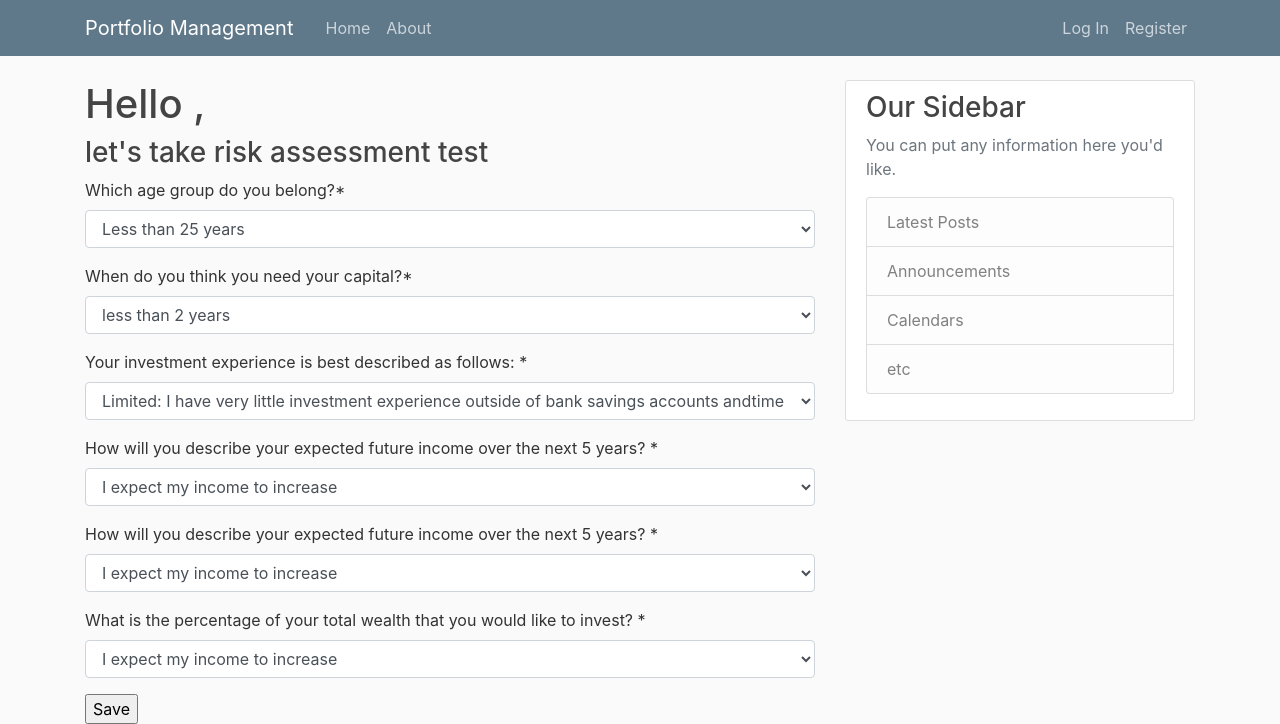
Repository: rahulsolankib/portfolio
Page: http://localhost/questions/
These files come from the project's save history. The page is drawn as it stood at one moment and after the next save; the edit follows.
The browser window is 1280 px wide. The pictures show the whole page.
The page is served by the project's application, run on Django 3.2 (manage.py). Other server files are loaded and not shown.

Above is the page before, as saved 2020-10-20 00:56:28.

### riskCalculator/templates/riskCalculator/questions.html
{% extends "startPage/base.html" %}
{% load crispy_forms_tags %}
{% crispy example_form %}


{% block content %}
    <h1>Hello {{user.username}},</h1>
    <h3>let's take risk assessment test</h3>
    <form method='POST'>
        {% csrf_token %}
        {{formRec | crispy}}

        <input type='submit' value="Save" />
    </form>

{% endblock content %}

### startPage/templates/startPage/base.html
{% load static %}
<!DOCTYPE html>
<html>
<head>
    <meta charset="utf-8">
    <meta name="viewport" content="width=device-width, initial-scale=1, shrink-to-fit=no">

    <!-- Bootstrap CSS -->
    <link rel="stylesheet" href="https://stackpath.bootstrapcdn.com/bootstrap/4.5.2/css/bootstrap.min.css" integrity="sha384-JcKb8q3iqJ61gNV9KGb8thSsNjpSL0n8PARn9HuZOnIxN0hoP+VmmDGMN5t9UJ0Z" crossorigin="anonymous">

    <link rel="stylesheet" type="text/css" href="{% static 'startPage/main.css' %}">
    {% if title %}
        <title>Django - {{title}}</title>
    {% else %}
        <title>Django</title>
    {% endif %}
</head>
<body>
    <header class="site-header">
        <nav class="navbar navbar-expand-md navbar-dark bg-steel fixed-top">
            <div class="container">
            <a class="navbar-brand mr-4" href="{% url 'Start-Page' %}">Portfolio Management</a>
            <button class="navbar-toggler" type="button" data-toggle="collapse" data-target="#navbarToggle" aria-controls="navbarToggle" aria-expanded="false" aria-label="Toggle navigation">
            <span class="navbar-toggler-icon"></span>
            </button>
            <div class="collapse navbar-collapse" id="navbarToggle">
                <div class="navbar-nav mr-auto">
                <a class="nav-item nav-link" href="{% url 'Start-Page' %}">Home</a>
                <a class="nav-item nav-link" href="{% url 'About-Page' %}">About</a>
                {% if user.is_authenticated %}
                    <a class="nav-item nav-link" href="{% url 'questions' %}">Risk-Assessment</a>
                {% endif%}
                </div>
                <!-- Navbar Right Side -->
                <div class="navbar-nav">
                {% if user.is_authenticated %}
                    <a class="nav-item nav-link" href="{% url 'profile' %}">@{{user.username}}</a>
                    <a class="nav-item nav-link" href="{% url 'logout' %}">Log Out</a>
                {% else %}
                    <a class="nav-item nav-link" href="{% url 'login' %}">Log In</a>
                    <a class="nav-item nav-link" href="{% url 'register' %}">Register</a>
                {% endif%}
                </div>
            </div>
            </div>
        </nav>
    </header>
    <main role="main" class="container">
        <div class="row">
            <div class="col-md-8">
                {% if messages %}
                    {% for message in messages%}
                        <div class="alert alert-{{message.tags}}">
                            {{message}}
                        </div>
                    {% endfor %}
                {% endif %}
                {% block content %}{% endblock %}
            </div>
            <div class="col-md-4">
            <div class="content-section">
                <h3>Our Sidebar</h3>
                <p class='text-muted'>You can put any information here you'd like.
                <ul class="list-group">
                    <li class="list-group-item list-group-item-light">Latest Posts</li>
                    <li class="list-group-item list-group-item-light">Announcements</li>
                    <li class="list-group-item list-group-item-light">Calendars</li>
                    <li class="list-group-item list-group-item-light">etc</li>
                </ul>
                </p>
            </div>
            </div>
        </div>
    </main>


    <script src="https://code.jquery.com/jquery-3.5.1.slim.min.js" integrity="sha384-DfXdz2htPH0lsSSs5nCTpuj/zy4C+OGpamoFVy38MVBnE+IbbVYUew+OrCXaRkfj" crossorigin="anonymous"></script>
    <script src="https://cdn.jsdelivr.net/npm/popper.js@1.16.1/dist/umd/popper.min.js" integrity="sha384-9/reFTGAW83EW2RDu2S0VKaIzap3H66lZH81PoYlFhbGU+6BZp6G7niu735Sk7lN" crossorigin="anonymous"></script>
    <script src="https://stackpath.bootstrapcdn.com/bootstrap/4.5.2/js/bootstrap.min.js" integrity="sha384-B4gt1jrGC7Jh4AgTPSdUtOBvfO8shuf57BaghqFfPlYxofvL8/KUEfYiJOMMV+rV" crossorigin="anonymous"></script>
</body>
</html>

### riskCalculator/forms.py
from django import forms

from .models import Que,RiskModel


class QForm(forms.Form):
    age_group=(
            (4,'Less than 25 years')
            ,(3,'25-35 years')
            ,(2,'36-40 years')
            ,(1,'51 above')
    )

    returnyear_group=(
            (1,'less than 2 years')
            ,(2,'2-5 years')
            ,(3,'more than 5 years')
    )

    experience_group=(
            (1,'Limited: I have very little investment experience outside of bank savings accounts andtime deposits. Slightly related')
            ,(2,'Moderate: I have some experience investing')
            ,(3,'Extensive: I am an active and experienced investor')
    )

    income_status = (
        (1,'I expect my income to decrease')
        ,(2,'I expect my income to remain steady')
        ,(3,'I expect my income to increase')
    )

    percentage_invest = (
        (4,'Less than 25%')
        ,(3,'25 % - 50 %')
        ,(2,'50 % - 75 %')
        ,(1,'more than 75 %')
    )
    ques1 = forms.TypedChoiceField(label='Which age group do you belong?',choices=age_group, coerce=int, initial=4)
    ques2 = forms.TypedChoiceField(label='When do you think you need your capital?',choices=returnyear_group, coerce=int, initial=1)
    ques3 = forms.TypedChoiceField(label='Your investment experience is best described as follows: ',choices=experience_group, coerce=int, initial=1)
    ques4 = forms.TypedChoiceField(label='How will you describe your expected future income over the next 5 years? ',choices=income_status, coerce=int, initial=3)
    ques5 = forms.TypedChoiceField(label='How will you describe your expected future income over the next 5 years? ',choices=income_status, coerce=int, initial=3)
    ques6 = forms.TypedChoiceField(label='What is the percentage of your total wealth that you would like to invest? ',choices=income_status, coerce=int, initial=3)


class QueForm(forms.ModelForm):
    class Meta:
        model = Que
        fields = ['ques1','ques2','ques3','ques4','ques5']


class RiskForm(forms.ModelForm):
    class Meta:
        model = RiskModel
        fields = ['userid','risk_score']

### riskCalculator/models.py
from django.db import models
# from user.forms import User

# Create your models here.
class Que(models.Model):
    ques1 = models.CharField(max_length=120)
    ques2 = models.CharField(max_length=120)
    ques3 = models.CharField(max_length=120)
    ques4 = models.CharField(max_length=120)
    ques5 = models.CharField(max_length=120)

class RiskModel(models.Model):
    userid = models.IntegerField(unique=True)
    risk_score = models.DecimalField(
                         max_digits = 5,
                         decimal_places = 2)

### riskCalculator/views.py
from django.shortcuts import render
from .forms import QueForm,RiskForm,QForm

from .models import RiskModel

def questions(request):
    formRec = QForm(request.POST or None)
    context = {
        'formRec': formRec
    }
    userid = request.user.id


    data = {'userid' : userid, 'risk_score':32}
    form = RiskForm(data)
    if form.is_valid():
        profile = form.save(commit = True)
        profile.user = request.user
        profile.save()

    return render(request,'riskCalculator/questions.html',context)

### portfolio/urls.py
"""portfolio URL Configuration

The `urlpatterns` list routes URLs to views. For more information please see:
    https://docs.djangoproject.com/en/3.1/topics/http/urls/
Examples:
Function views
    1. Add an import:  from my_app import views
    2. Add a URL to urlpatterns:  path('', views.home, name='home')
Class-based views
    1. Add an import:  from other_app.views import Home
    2. Add a URL to urlpatterns:  path('', Home.as_view(), name='home')
Including another URLconf
    1. Import the include() function: from django.urls import include, path
    2. Add a URL to urlpatterns:  path('blog/', include('blog.urls'))
"""
from django.contrib import admin
from django.contrib.auth import views as auth_views
from django.urls import path,include
from user import views as user_views
from riskCalculator import views as riskCalculator_views

urlpatterns = [
    path('admin/', admin.site.urls),
    path('register/',user_views.register,name='register'),
    path('profile/',user_views.profile,name='profile'),
    path('',include('startPage.urls')),
    path('login/',auth_views.LoginView.as_view(template_name="user/login.html"),name='login'),
    path('logout/',auth_views.LogoutView.as_view(template_name="user/logout.html"),name='logout'),
    path('questions/',riskCalculator_views.questions,name='questions')
]

### startPage/urls.py
from django.urls import path
from . import views

urlpatterns = [
    path('', views.home,name="Start-Page"),
    path('about/', views.about,name="About-Page"),
]

### startPage/static/startPage/main.css
body {
    background: #fafafa;
    color: #333333;
    margin-top: 5rem;
  }

  h1, h2, h3, h4, h5, h6 {
    color: #444444;
  }

  ul {
    margin: 0;
  }

  .bg-steel {
    background-color: #5f788a;
  }

  .site-header .navbar-nav .nav-link {
    color: #cbd5db;
  }

  .site-header .navbar-nav .nav-link:hover {
    color: #ffffff;
  }

  .site-header .navbar-nav .nav-link.active {
    font-weight: 500;
  }

  .content-section {
    background: #ffffff;
    padding: 10px 20px;
    border: 1px solid #dddddd;
    border-radius: 3px;
    margin-bottom: 20px;
  }

  .article-title {
    color: #444444;
  }

  a.article-title:hover {
    color: #428bca;
    text-decoration: none;
  }

  .article-content {
    white-space: pre-line;
  }

  .article-img {
    height: 65px;
    width: 65px;
    margin-right: 16px;
  }

  .article-metadata {
    padding-bottom: 1px;
    margin-bottom: 4px;
    border-bottom: 1px solid #e3e3e3
  }

  .article-metadata a:hover {
    color: #333;
    text-decoration: none;
  }

  .article-svg {
    width: 25px;
    height: 25px;
    vertical-align: middle;
  }

  .account-img {
    height: 125px;
    width: 125px;
    margin-right: 20px;
    margin-bottom: 16px;
  }

  .account-heading {
    font-size: 2.5rem;
  }

After the next save:
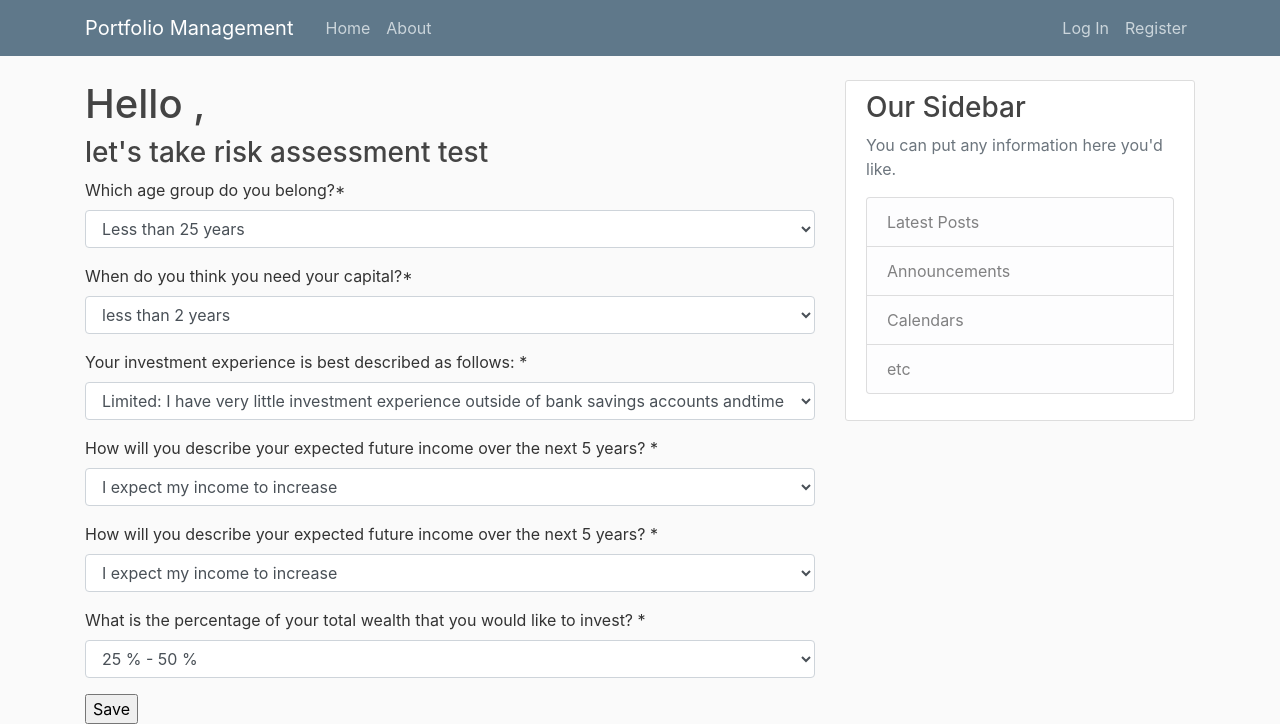
Saved 29 s later.
--- a/riskCalculator/forms.py
+++ b/riskCalculator/forms.py
@@ -40,7 +40,7 @@ class QForm(forms.Form):
     ques3 = forms.TypedChoiceField(label='Your investment experience is best described as follows: ',choices=experience_group, coerce=int, initial=1)
     ques4 = forms.TypedChoiceField(label='How will you describe your expected future income over the next 5 years? ',choices=income_status, coerce=int, initial=3)
     ques5 = forms.TypedChoiceField(label='How will you describe your expected future income over the next 5 years? ',choices=income_status, coerce=int, initial=3)
-    ques6 = forms.TypedChoiceField(label='What is the percentage of your total wealth that you would like to invest? ',choices=income_status, coerce=int, initial=3)
+    ques6 = forms.TypedChoiceField(label='What is the percentage of your total wealth that you would like to invest? ',choices=percentage_invest, coerce=int, initial=3)
 
 
 class QueForm(forms.ModelForm):
